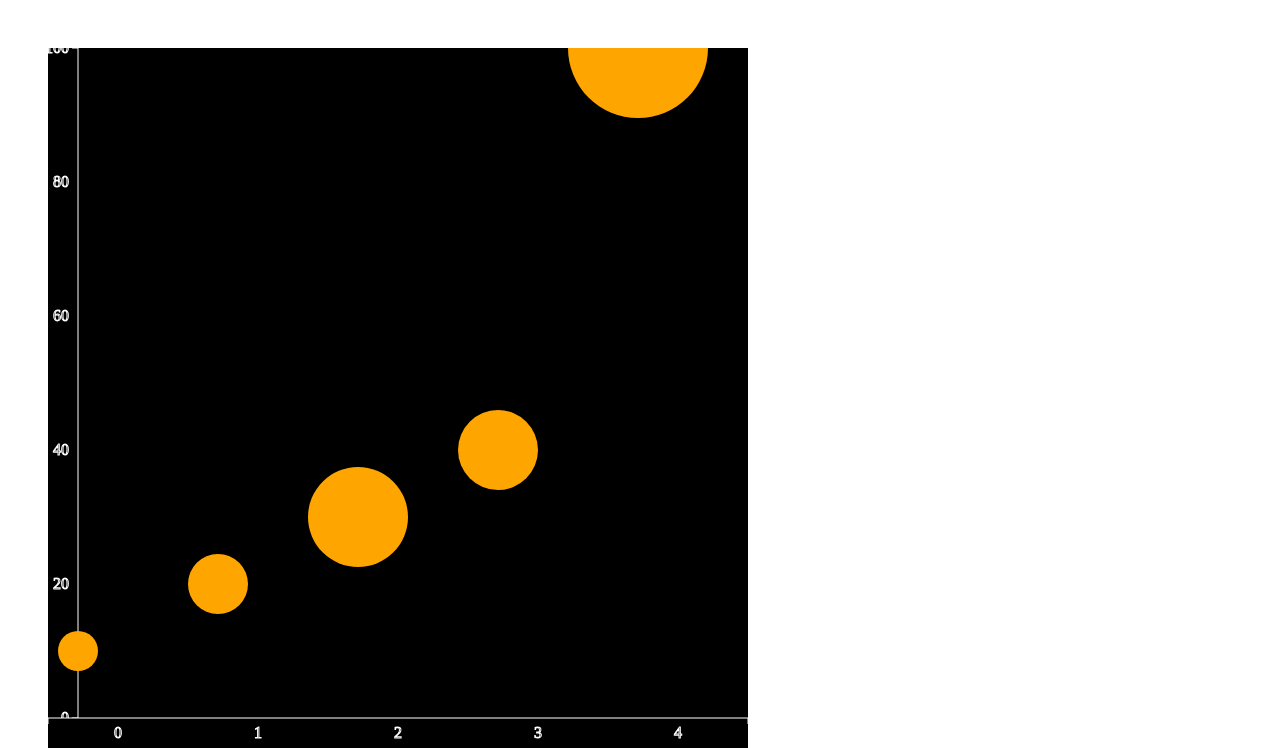
Repository: ajaytech/D3-sample-code
Page: D3 codes/D3Bubble.html
The author's editor kept a record of every edit. The page is drawn from the files as they stood at one moment, then again after the next edit.
The browser window is 1280 px wide. The pictures show the whole page.

Above is the page before.

After the next edit:
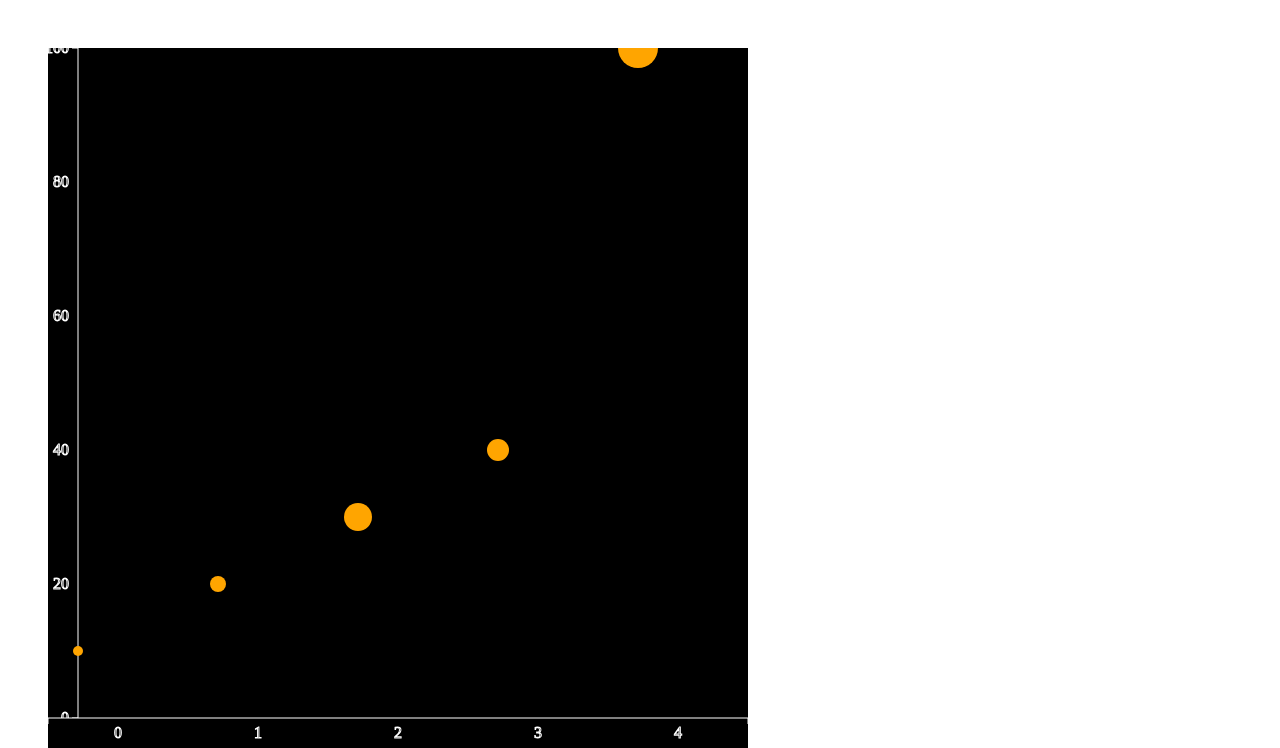
The edit:
--- a/D3 codes/D3Bubble.html
+++ b/D3 codes/D3Bubble.html
@@ -86,7 +86,7 @@
                 .enter()
                 .append("circle")
                 .attr("r",function(d,i){
-                    return dataVal2[i];
+                    return r(dataVal2[i]);
                 })
                 .attr("width","10px")
                 .style("fill","orange")

After the 2 edits that followed:
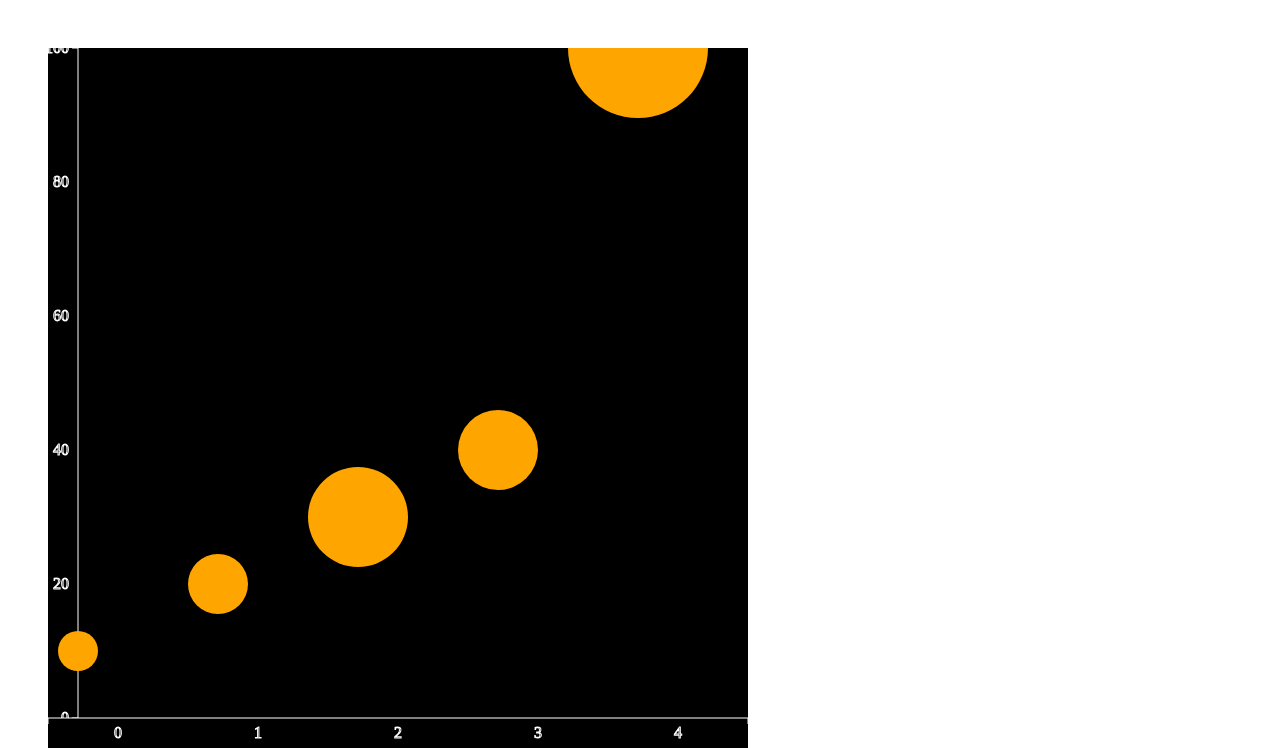
The 2 edits are shown as one change because 1 left the picture as it was.
The edit:
--- a/D3 codes/D3Bubble.html
+++ b/D3 codes/D3Bubble.html
@@ -26,8 +26,8 @@
         'bottom':20,
         'left':50
     };
-    var minR = 5;
-    var maxR = 20;
+    var minR = 20;
+    var maxR = 70;
     var dataVal1 = data["val1"];
     var dataVal2 = data["val2"];
 
@@ -98,7 +98,7 @@
                 }).on('mouseover',function(d,i){
 
                     tooltip.transition().style('opacity',1);
-                    tooltip.html(d+dataVal2[i])
+                    tooltip.html("y: "+d+" / r: "+dataVal2[i])
                     .style('left',(d3.event.pageX)+"px")
                     .style('top',(d3.event.pageY)+"px");
 
